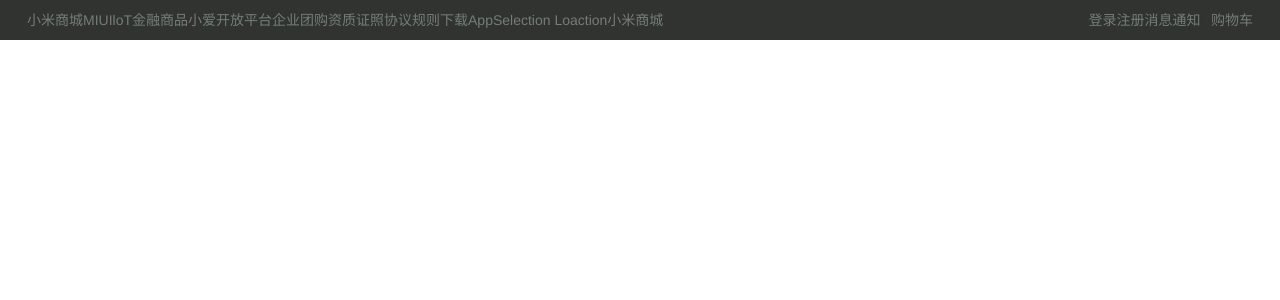
Repository: chenguocan/mi
Page: index.html
An editor plug-in stored every save of this project. The page is shown before and after the next save, followed by the edit.
The browser window is 1280 px wide. The pictures show the whole page.

Above is the page before, as saved 2020-10-13 09:48:46.

### index.html
<!DOCTYPE html>
<html lang="en">

<head>
    <meta charset="UTF-8">
    <title>小米商城 - 小米10 Pro、Redmi K30 Pro、小米MIX Alpha，小米电视官方网站</title>
    <meta name="viewport" content="width=1226">
    <link rel="stylesheet" href="./css/reset.css">
    <link rel="stylesheet" href="./css/index.css">
    <link rel="stylesheet" href="./css/base.css">
    <link rel="stylesheet" href="./font/css/all.min.css">
</head>

<body>
    <div class="topbar-wrapper">
        <div class="topbar w">
            <ul class="service">
                <li><a href="javascript:;">小米商城</a></li>
                <li class="line"></li>
                <li><a href="javascript:;">MIUI</a></li>
                <li class="line"></li>
                <li><a href="javascript:;">loT</a></li>
                <li class="line"></li>
                <li><a href="javascript:;">金融</a></li>
                <li class="line"></li>
                <li><a href="javascript:;">商品</a></li>
                <li class="line"></li>
                <li><a href="javascript:;">小爱开放平台</a></li>
                <li class="line"></li>
                <li><a href="javascript:;">企业团购</a></li>
                <li class="line"></li>
                <li><a href="javascript:;">资质证照</a></li>
                <li class="line"></li>
                <li><a href="javascript:;">协议规则</a></li>
                <li class="line"></li>
                <li><a href="javascript:;">下载App</a></li>
                <li class="line"></li>
                <li><a href="javascript:;">Selection Loaction</a></li>
                <li class="line"></li>
                <li><a href="javascript:;">小米商城</a></li>
                <li class="line"></li>
            </ul>
            <ul class="shop-cart">
                <li><i class="fa-adobe"></i><a href="javascript:;">购物车</a></li>
            </ul>
            <ul class="user">
                <li><a href="javascript:;">登录</a></li>
                <li class="line"></li>
                <li><a href="javascript:;">注册</a></li>
                <li class="line"></li>
                <li><a href="javascript:;">消息通知</a></li>
                <li class="line"></li>
            </ul>
        </div>
    </div>
</body>

</html>

### css/reset.css
/* v2.0 | 20110126
  http://meyerweb.com/eric/tools/css/reset/
  License: none (public domain)
*/
html, body, div, span, applet, object, iframe,
h1, h2, h3, h4, h5, h6, p, blockquote, pre,
a, abbr, acronym, address, big, cite, code,
del, dfn, em, img, ins, kbd, q, s, samp,
small, strike, strong, sub, sup, tt, var,
b, u, i, center,
dl, dt, dd, ol, ul, li,
fieldset, form, label, legend,
table, caption, tbody, tfoot, thead, tr, th, td,
article, aside, canvas, details, embed,
figure, figcaption, footer, header, hgroup,
menu, nav, output, ruby, section, summary,
time, mark, audio, video {
    margin: 0;
    padding: 0;
    border: 0;
    font-size: 100%;
    font: inherit;
    vertical-align: baseline;
}
/* HTML5 display-role reset for older browsers */
article, aside, details, figcaption, figure,
footer, header, hgroup, menu, nav, section {
    display: block;
}
body {
    line-height: 1;
}
ol, ul {
    list-style: none;
}
blockquote, q {
    quotes: none;
}
blockquote:before, blockquote:after,
q:before, q:after {
    content: '';
    content: none;
}
table {
    border-collapse: collapse;
    border-spacing: 0;
}

### css/index.css
*{
    box-sizing: border-box;
}
.topbar-wrapper{
    background:rgb(48, 51, 48);
    height: 40px;
    width: 100%;
}
.topbar .service{
    float: left;
}
.topbar .user,.topbar .shop-cart{
    float: right;
}
.topbar ul li{
    line-height: 40px;
    float: left;
}
.topbar ul li a{
    color:rgb(116, 125, 118);
}
.topbar .line{
    font-size:12px;
    color:#424242;
    margin:0;
}

### css/base.css

.clearfix::before,
.clearfix::after{
    content: '';
    display: table;
    clear: both;
}

body{
    color: rgb(51,51,51);
    font: 14px/1.5 "Helvetica Neue", Helvetica, Arial, "Microsoft Yahei", "Hiragino Sans GB", "Heiti SC", "WenQuanYi Micro Hei", sans-serif;
    min-width: 1226px;
}
a{
    text-decoration: none;
    color:#333;
}
.w{
    width: 1226px;
    margin-left:auto;
    margin-right: auto;
}

Loaded but not shown: font/css/all.min.css (library)

After the next save:
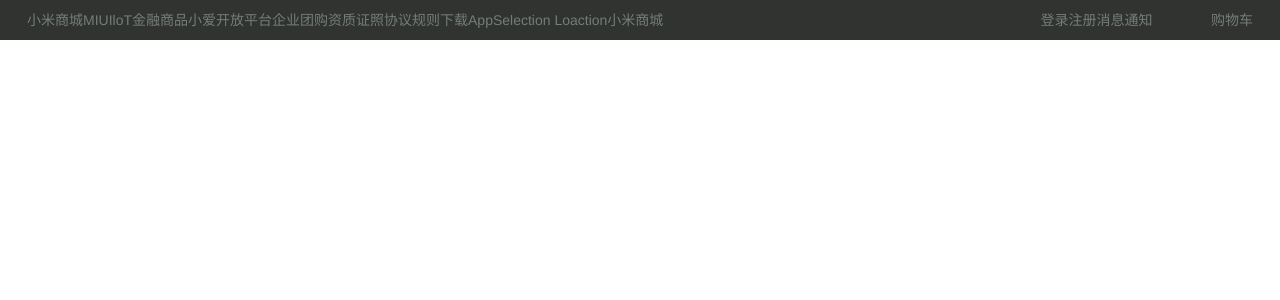
Saved 17 s later.
--- a/css/index.css
+++ b/css/index.css
@@ -22,5 +22,5 @@
 .topbar .line{
     font-size:12px;
     color:#424242;
-    margin:0;
+    margin:0 8px;
 }
